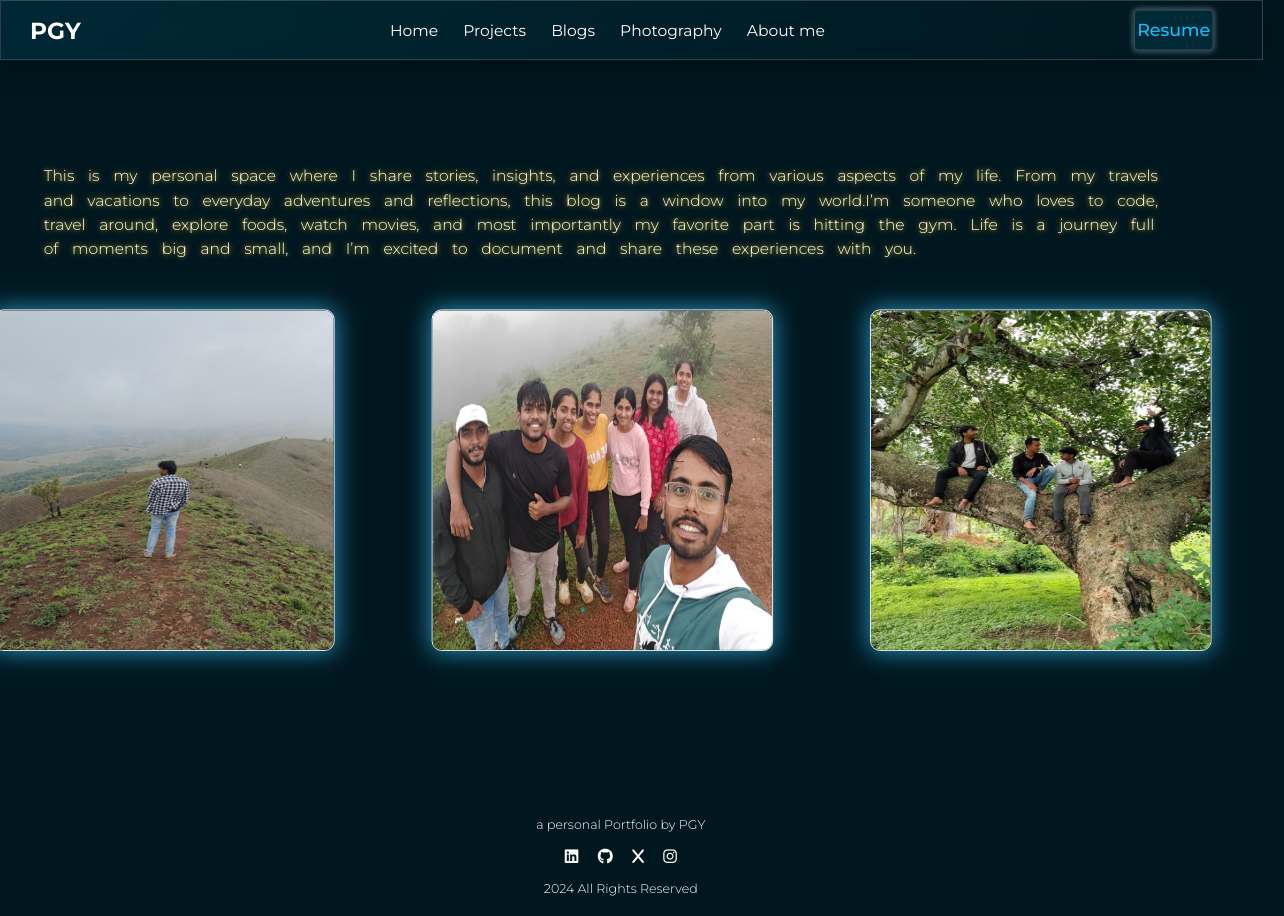
Repository: pgyunknown/pgyunknown
Page: personal_blog.html
These files come from the project's save history. The page is drawn as it stood at one moment and after a run of saves; the edit follows.
The browser window is 1280 px wide. The page is 1302 px wide, then 1324 px, so the pictures cover 1324 px, including what lies to the right of the window. The pictures show the whole page, at 97% of full size.
Some web libraries are served in a nearby version.

Above is the page before, as saved 2024-08-24 19:09:30.

After the next 5 saves:
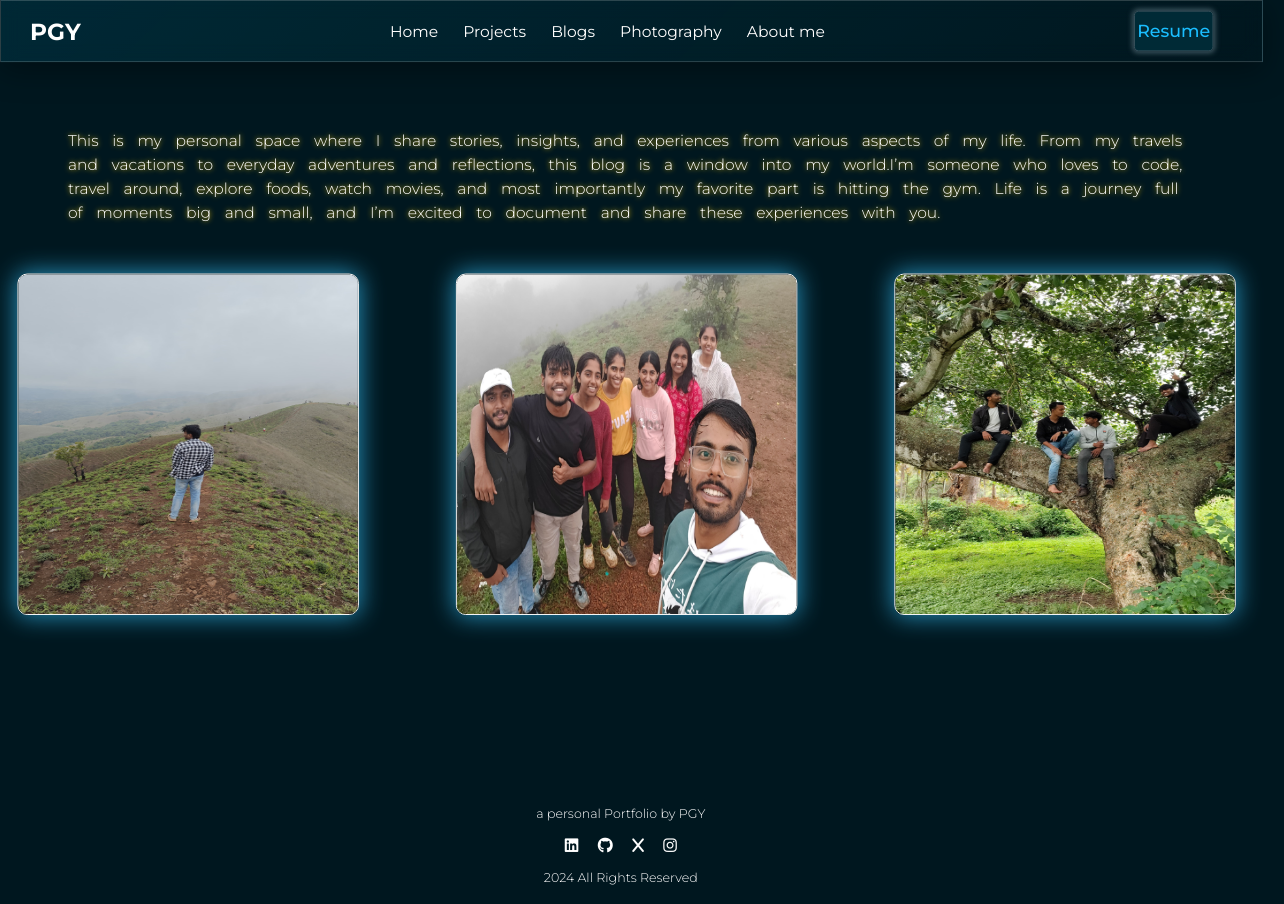
The 5 saves are shown as one change because they came seconds apart.
The last was saved 48 s later.
--- a/personal_blog.css
+++ b/personal_blog.css
@@ -24,10 +24,10 @@ header{
     -webkit-backdrop-filter: blur(10px);
     border:1px solid rgba(255, 255, 255, 0.18);
     box-shadow: 0 8px 32px 0 rgba(0, 0, 0, 0.37);
+
     overflow: hidden;
-    position: sticky; /* Set the navbar to fixed position */
+    position: fixed; /* Set the navbar to fixed position */
     top: 0; /* Position the navbar at the top of the page */
-    height: 40px;
     width: 100%;
 }
 
@@ -51,9 +51,12 @@ header{
     width: 500px;
     display: flex;
     justify-content: space-evenly;
+
     transition-property: all;
     transition-timing-function: ease-in-out;
     transition-delay: 1s;
+
+
 }
 
 .nav_bar a{
@@ -61,7 +64,7 @@ header{
     font-family: "Montserrat", sans-serif;
     font-optical-sizing: auto;
     font-weight: 400;
-    font-style: normal;
+    font-style: normal
     text-decoration: none;
     justify-content: space-around;
     align-items: center;
@@ -112,9 +115,9 @@ header{
     width: 90%;
     /* justify-content:space-around; */
     align-items: center;
-    padding: 25px;
+    padding: 50px;
     margin: 60px 20px 70px 20px;
-}
+    }
 main .personal_intro{
     display: flex;
     flex-direction: row;
